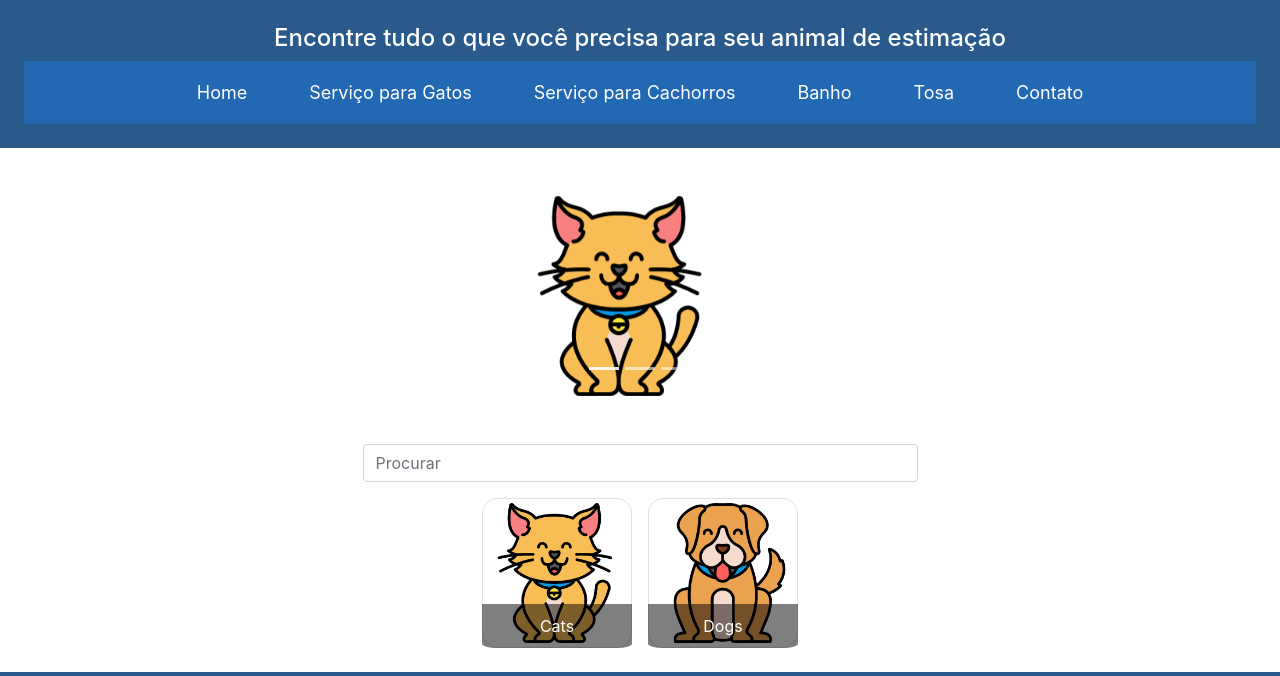
Repository: graeff01/petshop-project
Page: index.html
The author's editor kept a copy of each file at every save. The page is drawn from the files as they stood at one save, then again after the next save.
The browser window is 1280 px wide. The pictures show the part of the page from y = 0 to 676 px (the page is 1856 px tall).
A picture or video elsewhere on the page could not be fetched, so the positions and the page height are approximate.

Above is the page before, as saved 2024-09-18 11:10:40.

After the next save:
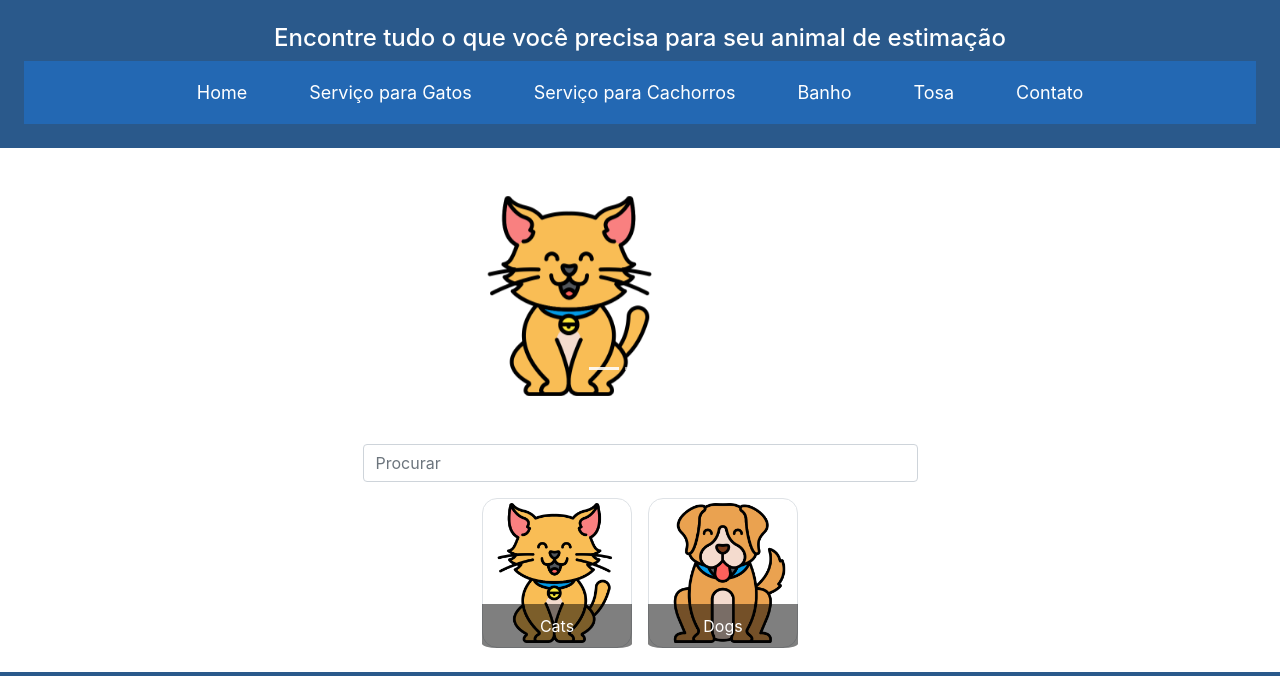
Saved 4 s later.
--- a/css/style.css
+++ b/css/style.css
@@ -64,7 +64,7 @@ nav ul li a:hover {
 .carousel-item img {
     max-height: 300px;
     max-width: 200px;
-    margin-left: 500px;
+    margin-left: 450px;
     object-fit: cover;
 }
 
